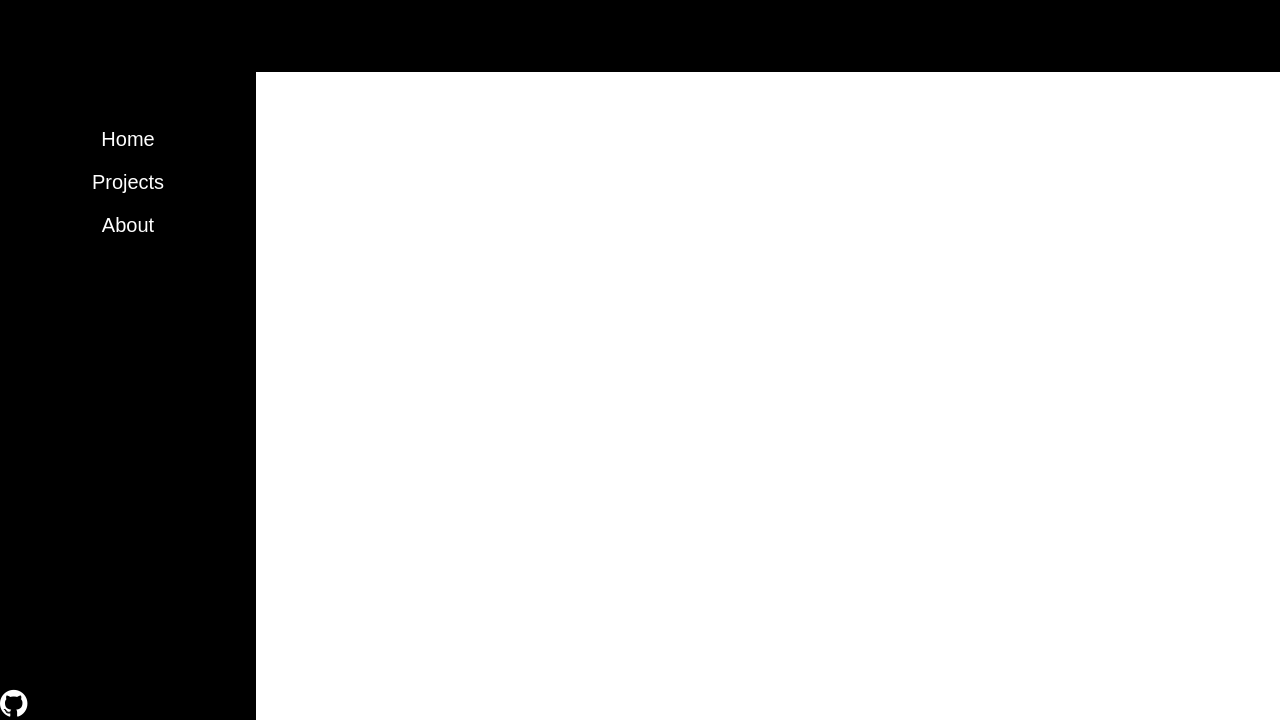
Repository: josephinel6/josephinel6.github.io
Page: index.html
An editor plug-in stored every save of this project. The page is shown before and after the next save, followed by the edit.
The browser window is 1280 px wide. The pictures show the whole page.

Above is the page before, as saved 2023-04-04 10:52:36.

### index.html
<!DOCTYPE html>
<html>

<head>
    <style>
        :root.light {
            --color-bg: white;
            --color-menu-text: black;
        }

        :root.dark {
            --color-bg: black;
            --color-menu-text: white;
        }

        /* :root {
            --color-bg: black;
        } */

        html,
        body {
            height: 100%;
            width: 100%;
            margin: 0;
            position: relative;
            /* border-color: blue;
            border-radius: 10px;
            border-style: solid; */
            padding: 0;
        }

        #menu {
            height: 100%;
            width: 20%;
            position: absolute;
            z-index: 1;
            top: 0;
            bottom: 0;
            background-color: var(--color-bg);
        }

        #topbar {
            width: 100%;
            height: 10%;
            background-color: var(--color-bg);
            position: absolute;
        }

        .menutext {
            color: var(--color-menu-text);
            font-family: sans-serif;
            font-size: 20px;
        }

        .fa-github {
            color: var(--color-menu-text);
        }
    </style>
    <link rel="stylesheet" href="https://cdnjs.cloudflare.com/ajax/libs/font-awesome/4.7.0/css/font-awesome.min.css">
    <script type="module" src="https://cdn.jsdelivr.net/gh/zerodevx/zero-md@2/dist/zero-md.min.js"></script>
</head>

<body>
    <div id="menu">
        <div>
            <CENTER>
                <p class="menutext" style="margin-top: 50%"> Home </p>
                <p class="menutext"> Projects </p>
                <p class="menutext"> About </p>
            </CENTER>
        </div>
        <CENTER>
            <div style="position: absolute; bottom:0">
                <CENTER>
                    <i href="https://github.com/josephinel6" class="fa fa-github fa-2x"></i>
                </CENTER>
            </div>
        </CENTER>
    </div>
    <div id="topbar">

    </div>
    <script>
        window.onload = function () {
            document.documentElement.classList.remove("light")
            document.documentElement.classList.add("dark")
            window.localStorage.setItem('mode', 'dark');
            console.log("dark")
        }

        function openpage(pageName, elmnt) {
            var i, tabcontent, tablinks;
            tabcontent = document.getElementsByClassName("tabcontent");
            for (i = 0; i < tabcontent.length; i++) {
                tabcontent[i].style.display = "none";
            }
            tablinks = document.getElementsByClassName("tablink");
            for (i = 0; i < tablinks.length; i++) {
                tablinks[i].style.backgroundColor = "";
            }
            document.getElementById(pageName).style.display = "block";

            document.body.scrollTop = 0;
            document.documentElement.scrollTop = 0;
            console.log("ducks")
        }
    </script>

</body>

</html>

After the next save:
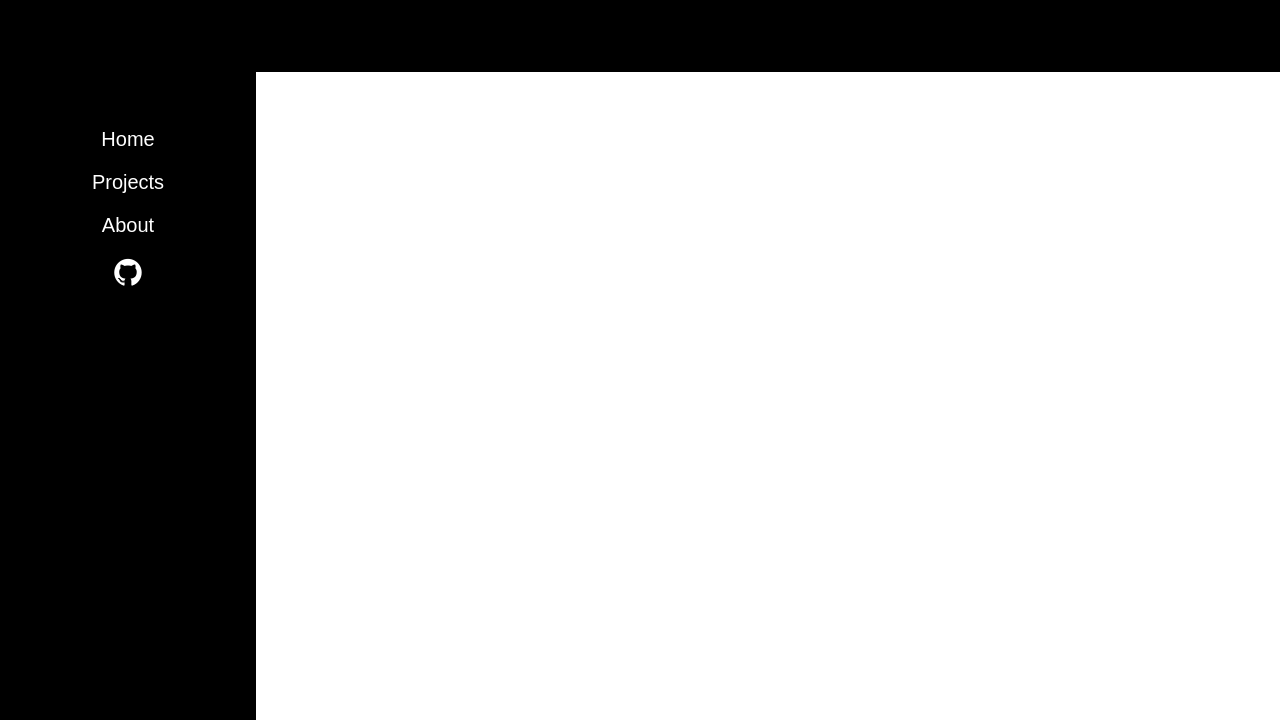
Saved 26 s later.
--- a/index.html
+++ b/index.html
@@ -70,7 +70,7 @@
             </CENTER>
         </div>
         <CENTER>
-            <div style="position: absolute; bottom:0">
+            <div style="bottom:0">
                 <CENTER>
                     <i href="https://github.com/josephinel6" class="fa fa-github fa-2x"></i>
                 </CENTER>
